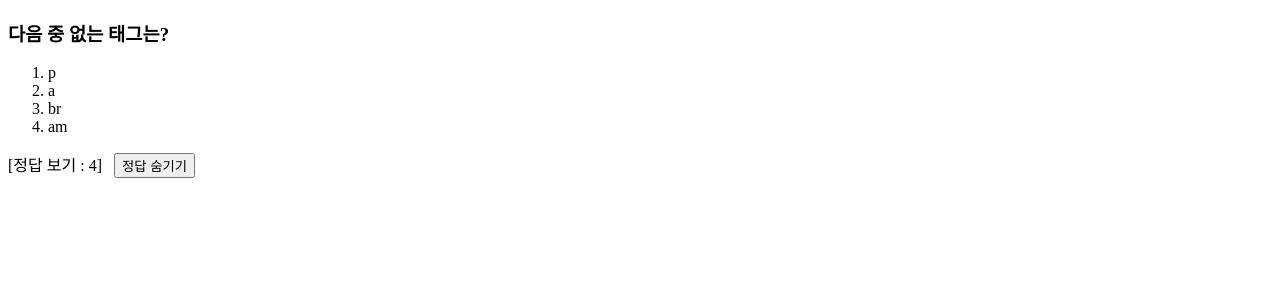
Repository: Dalso13/workspace
Page: workspace_web/chapter03_javascript/WebContent/08_DOM/Ex12_DOM_문제.html
An editor plug-in stored every save of this project. The page is shown before and after a run of saves, followed by the edit.
The browser window is 1280 px wide. The pictures show the whole page.
After loading, the first visible `#btn` was clicked once.

Above is the page before, as saved 2023-05-15 00:50:35.

### workspace_web/chapter03_javascript/WebContent/08_DOM/Ex12_DOM_문제.html
<!DOCTYPE html>
<html>
<head>
<meta charset="UTF-8">
<title>Insert title here</title>
<script type="text/javascript">
	function viewAnswer() {
		let answer = document.getElementById("answer");
		let btn = document.getElementById("btn");

		console.log(btn.value);

		answer.style.visibility = "visible";
		btn.value = "정답 숨기기";

		console.log(btn.value);

	}
</script>
</head>
<body>
	<h3>다음 중 없는 태그는?</h3>

	<div>
		<ol>
			<li>p </li>
			<li>a </li>
			<li>br </li>
			<li>am</li>
		</ol>
	</div>
	[정답 보기 : <span id="answer" style="visibility: hidden;">4</span>]&nbsp;&nbsp;
	<input type="button" id="btn" value="정답 보기" onclick="viewAnswer();">
</body>
</html>

After the next 2 saves:
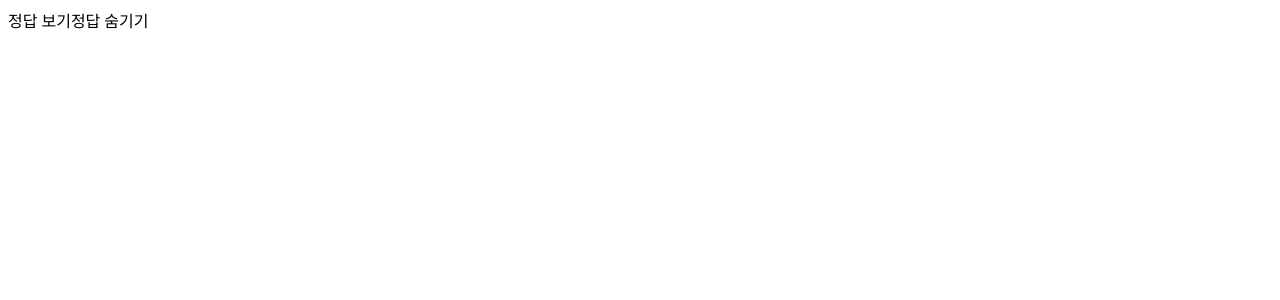
The 2 saves are shown as one change because they came seconds apart.
The last was saved 32 s later.
--- a/workspace_web/chapter03_javascript/WebContent/08_DOM/Ex12_DOM_문제.html
+++ b/workspace_web/chapter03_javascript/WebContent/08_DOM/Ex12_DOM_문제.html
@@ -8,12 +8,12 @@
 		let answer = document.getElementById("answer");
 		let btn = document.getElementById("btn");
 
-		console.log(btn.value);
+		document.write(btn.value);
 
 		answer.style.visibility = "visible";
 		btn.value = "정답 숨기기";
 
-		console.log(btn.value);
+		document.write(btn.value);
 
 	}
 </script>

After the save that followed:
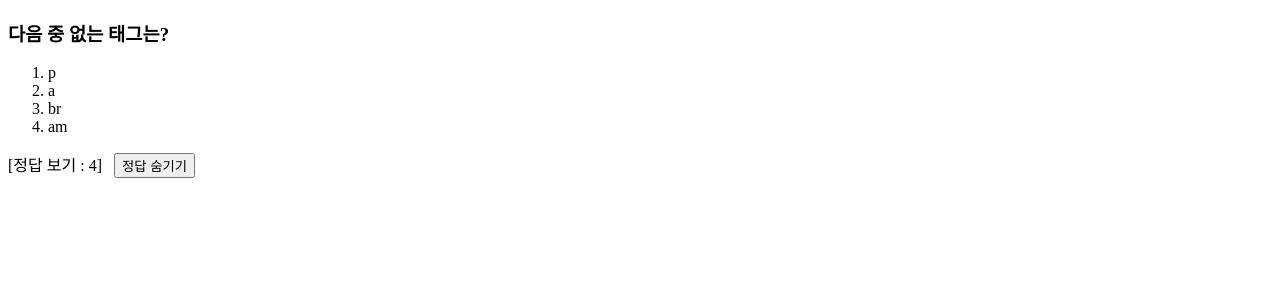
Saved 22 s later.
--- a/workspace_web/chapter03_javascript/WebContent/08_DOM/Ex12_DOM_문제.html
+++ b/workspace_web/chapter03_javascript/WebContent/08_DOM/Ex12_DOM_문제.html
@@ -8,12 +8,10 @@
 		let answer = document.getElementById("answer");
 		let btn = document.getElementById("btn");
 
-		document.write(btn.value);
-
 		answer.style.visibility = "visible";
 		btn.value = "정답 숨기기";
 
-		document.write(btn.value);
+
 
 	}
 </script>
